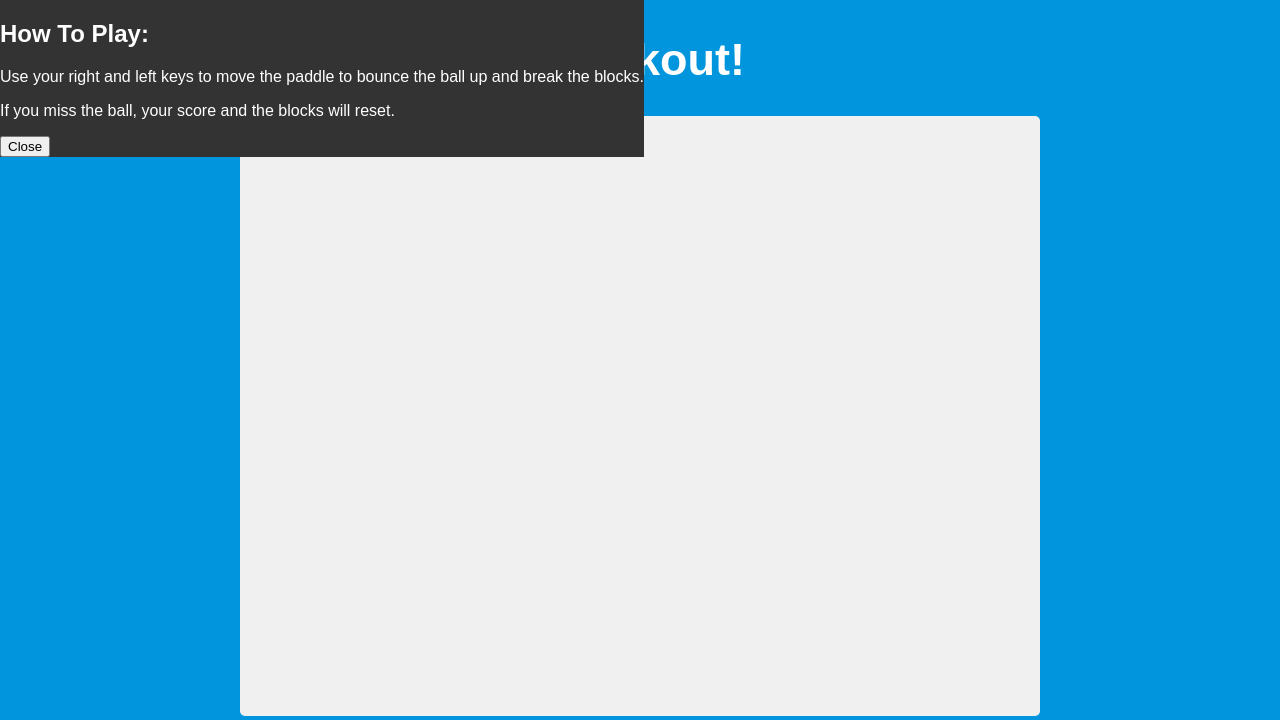
Repository: JackyZzZz/BREAKOUT-GAME
Page: index.html
The author's editor kept a copy of each file at every save. The page is drawn from the files as they stood at one save, then again after the next save.
The browser window is 1280 px wide. The pictures show the whole page.

Above is the page before, as saved 2023-09-04 20:43:08.

### index.html
<!DOCTYPE html>
<html lang="en">
<head>
    <meta charset="UTF-8">
    <meta name="viewport" content="width=device-width, initial-scale=1.0">
    <meta http-equiv="" content="X-UA-Compatible" content="ie=edge">
    <link rel="stylesheet" href="style.css">
    <title>Breakout!</title>
</head>
<body>
    <h1>Breakout!</h1>
    <button id="rules-btn" class="btn rules-btn">Show Rules</button>
    <div id="rules" class="rules">
        <h2>How To Play:</h2>
        <p>
            Use your right and left keys to move the paddle to bounce the ball up and break the blocks.
        </p>
        <p>If you miss the ball, your score and the blocks will reset.</p>
        <button id="close-btn" class="close-btn">Close</button>
    </div>

    <canvas id="canvas" width="800" height="600"></canvas>

    <script src="script.js"></script>
</body>
</html>

### style.css
* {
    box-sizing: border-box;
}

body {
    background-color: #0095dd;
    display: flex;
    flex-direction: column;
    align-items: center;
    justify-content: center;
    font-family: Arial, Helvetica, sans-serif;
    min-height: 100vh;
    margin: 0;
}

h1 {
    font-size: 45px;
    color: #fff
}

canvas {
    background-color: #f0f0f0;
    display: block;
    border-radius: 5px;
}

.btn {
    cursor: pointer;
    border: 0;
    padding: 10px 20px;
    background-color: #000;
    color: #fff;
    border-radius: 5px;
}

.btn:focus {
    outline: 0;
}

.btn:hover {
    background: #222;
}

.btn:active {
    transform: scale(0.98);
}

.rules-btn {
    position: absolute;
    top: 30px;
    left: 30px;
}

.rules {
    position: absolute;
    top: 0;
    left: 0;
    background: #333;
    color: #fff;
}

Loaded but not shown: script.js (no copy from this time; the picture is the same without it)

After the next save:
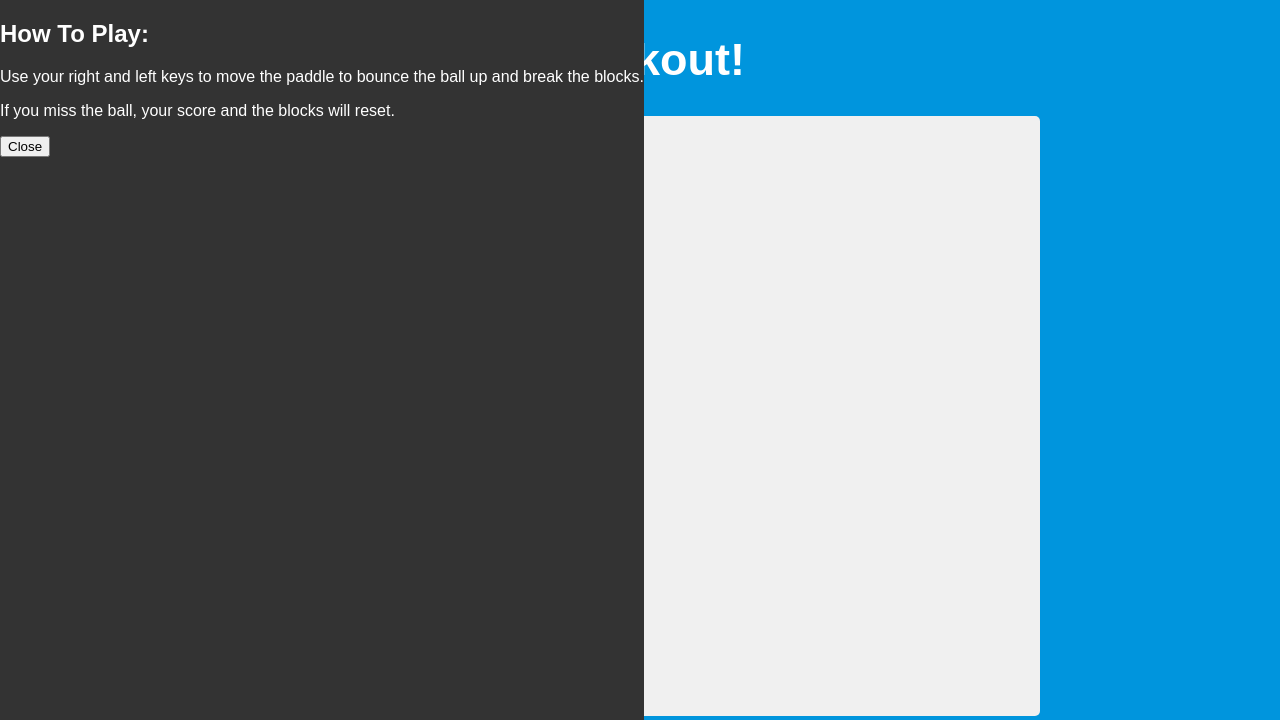
Saved 6 s later.
--- a/style.css
+++ b/style.css
@@ -57,4 +57,6 @@ canvas {
     left: 0;
     background: #333;
     color: #fff;
+    min-height: 100vh;
+
 }
